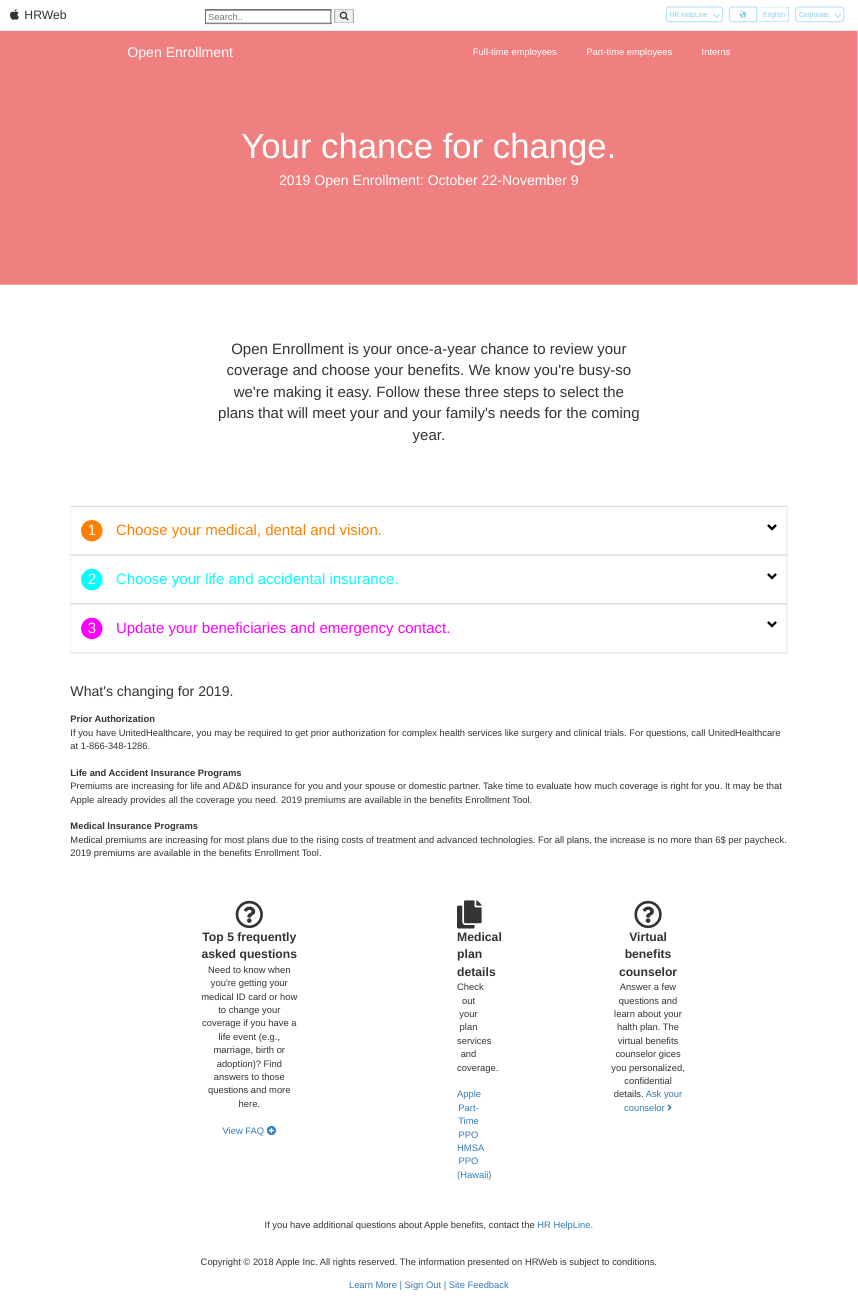
Repository: rmcc0724/templates
Page: index.html
The author's editor kept a record of every edit. The page is drawn from the files as they stood at one moment, then again after the next edit.
The browser window is 1280 px wide. The pictures show the whole page, at 67% of full size.
Some web libraries are served in a nearby version.

Above is the page before.

### index.html
<!DOCTYPE html>
<html lang="en">

<head>
  <meta name="viewport" content="width=device-width, initial-scale=1" <title>
  </title>
  <link rel="stylesheet" href="https://use.fontawesome.com/releases/v5.5.0/css/all.css" integrity="sha384-B4dIYHKNBt8Bc12p+WXckhzcICo0wtJAoU8YZTY5qE0Id1GSseTk6S+L3BlXeVIU" crossorigin="anonymous">
  <link rel="stylesheet" href="https://maxcdn.bootstrapcdn.com/bootstrap/3.3.7/css/bootstrap.min.css">
  <link rel="stylesheet" href="https://cdnjs.cloudflare.com/ajax/libs/font-awesome/4.7.0/css/font-awesome.min.css">
  <script src="https://ajax.googleapis.com/ajax/libs/jquery/3.3.1/jquery.min.js"></script>
  <script src="https://maxcdn.bootstrapcdn.com/bootstrap/3.3.7/js/bootstrap.min.js"></script>
  <script src="https://cdnjs.cloudflare.com/ajax/libs/popper.js/1.14.5/umd/popper.min.js"></script>
  <link rel="stylesheet" href="css/normalize.css">
  <link rel="stylesheet" href="css/style.css">
  <link rel="stylesheet" href="css/responsive.css">
</head>

<body>

  <div id="top-items">
    <p><i class="fab fa-apple fa-x3"></i>HRWeb</p>
    <div class="searchForm example">
      <input type="text" placeholder="Search.." name="search">
      <button type="submit"><i class="fa fa-search"></i></button>
    </div>

    <div class="dropdownItems">
      <div class="dropdown">
        <button class="dropbtn">HR HelpLine<i class="arrow down"></i></button>
        <div id="myDropdown" class="dropdown-content">
          <a href="#hrhelpline">1800-HR</a>
        </div>
      </div>
      <div class="dropdown earth">
        <button class="dropbtn"><i class="fas fa-globe-americas"></i></button>
        <div id="myDropdown" class="dropdown-content">
        </div>
      </div>
      <div class="dropdown">
        <button class="dropbtn eng">English</button>
        <div id="myDropdown" class="dropdown-content">
          <a href="#hrhelpline">English</a>
        </div>
      </div>


      <div class="dropdown">
        <button class="dropbtn">Corporate<i class="arrow down"></i></button>
        <div id="myDropdown" class="dropdown-content">
          <a href="#hrhelpline">Corporate</a>

        </div>
      </div>


    </div>


  </div>

  <header>
    <div class="nav-links">
      <h3>Open Enrollment</h3>
      <nav>
        <ul>
          <li><a href="#">Full-time employees</a></li>
          <li><a href="#">Part-time employees</a></li>
          <li><a href="#">Interns</a></li>
        </ul>
      </nav>
    </div>
    <div class="change">
      <h1 class="text-center">Your chance for change.</h1>
      <h4 class="text-center">2019 Open Enrollment: October 22-November 9</h4>
    </div>


  </header>
  <div class="container">
    <div class="chance">

      <p>Open Enrollment is your once-a-year chance to review your coverage and choose your benefits. We know you're busy-so we're making it easy. Follow these three steps to select the plans that will meet your and your family's needs for the coming year.</p>

      <!----Here I used the bootstrap accordion function -->

      <div class="panel-group" id="accordion">
        <div class="panel panel-default panel_1">
          <div class="panel-heading">
            <h4 class="panel-title">
              <a data-toggle="collapse" data-parent="#accordion" href="#collapse1"><span class="nums num1">1 </span><span>Choose your medical, dental and vision.</span><i class="fas fa-angle-down"></i></a>
            </h4>
          </div>
          <div id="collapse1" class="panel-collapse collapse">
            <div class="panel-body">Medical, dental, and vision info here.</div>
          </div>
        </div>
        <div class="panel panel-default panel_2">
          <div class="panel-heading">
            <h4 class="panel-title">
              <a data-toggle="collapse" data-parent="#accordion" href="#collapse2"><span class="nums num2">2 </span><span>Choose your life and accidental insurance.</span><i class="fas fa-angle-down"></i></a>
            </h4>
          </div>
          <div id="collapse2" class="panel-collapse collapse">
            <div class="panel-body">Life and accidental insurance info here.</div>
          </div>
        </div>
        <div class="panel panel-default panel_3">
          <div class="panel-heading">
            <h4 class="panel-title">
              <a data-toggle="collapse" data-parent="#accordion" href="#collapse3"><span class="nums num3">3 </span><span>Update your beneficiaries and emergency contact.</span><i class="fas fa-angle-down"></i></a>
            </h4>
          </div>
          <div id="collapse3" class="panel-collapse collapse">
            <div class="panel-body">Beneficiaries and emergency contact info here.</div>
          </div>
        </div>
      </div>
    </div>
    <div class="changing">
      <h3>What's changing for 2019.</h3>
      <p><strong>Prior Authorization</strong><br/> If you have UnitedHealthcare, you may be required to get prior authorization for complex health services like surgery and clinical trials. For questions, call UnitedHealthcare at 1-866-348-1286.</p>

      <p><strong>Life and Accident Insurance Programs</strong><br/> Premiums are increasing for life and AD&D insurance for you and your spouse or domestic partner. Take time to evaluate how much coverage is right for you. It may be that Apple already provides
        all the coverage you need. 2019 premiums are available in the benefits Enrollment Tool.</p>

      <p><strong>Medical Insurance Programs</strong><br/> Medical premiums are increasing for most plans due to the rising costs of treatment and advanced technologies. For all plans, the increase is no more than 6$ per paycheck. 2019 premiums are available
        in the benefits Enrollment Tool.
      </p>
    </div>





    <div class="bottom">

      <div class="faq">
        <p><i class="far fa-question-circle fa-3x"></i></p>
        <p class=bottom-title><strong>Top 5 frequently<br />asked questions</strong></p>
          <p>Need to know when you're getting your medical ID card or how to change your coverage if you have a life event (e.g., marriage, birth or adoption)? Find answers to those questions and more here.
          <br/><br/>
          <a href="#">View FAQ <i class="fas fa-plus-circle "></i></a>
        </p>
      </div>
      <div class="faq">
        <p><i class="fas fa-copy fa-3x"></i></p>
        <p class=bottom-title><strong>Medical plan <br/>details</strong></p>
        <p>Check out your plan services and coverage.<br/><br/>
        <a href="#">Apple Part-Time PPO <i class="fas fa-chevron-circle-down"></i></a><br>
        <a href="#">HMSA PPO (Hawaii) <i class="fas fa-chevron-circle-down"></i></a>
        </p>
      </div>

      <div class="faq">
        <p><i class="far fa-question-circle fa-3x"></i></p>
        <p class=bottom-title> <strong>Virtual benefits<br/>counselor</strong></p>
        <p>Answer a few questions and learn about your halth plan. The virtual benefits counselor gices you personalized, confidential details.
          <a href="#">Ask your counselor <i class="fas fa-angle-right"></i></a>
        </p>
      </div>



    </div>



    <footer>
      <p class="text-center questions">If you have additional questions about Apple benefits, contact the <a ref="#">HR HelpLine.</a></p>
      <p>Copyright &#169; 2018 Apple Inc. All rights reserved. The information presented on HRWeb is subject to conditions.</p>
      <ul>
        <li><a href="#">Learn More |</a></li>
        <li><a href="#"> Sign Out |</a></li>
        <li><a href="#"> Site Feedback</a></li>
      </ul>
    </footer>
  </div>
</body>



</html>

### css/style.css
body {
    margin: 0 auto;
}

.container {
    max-width: 1100px;
    padding-top: 50px;
}

/************************************************/

/*    Header:       */

/************************************************/

header {
    background-color: lightcoral;
    padding-top: 10px;
    padding-bottom: 15px;
}

nav ul li {
    display: block;
}


h3 {
    margin: 10px 0 20px;
    font-size: 1.5em;
}

h4 {
    font-size: 1em;
    margin: 1em 0;
}

#top-items,
#top,
ul {
    text-align: center;
}

ul li {
    list-style: none;
}


ul {
    padding-left: 0 !important;
}

h1 {
    font-size: 2.3em;

}


.nav-links h3,
.nav-links nav a {
    /* font-size: 1.3em; */
    color: white;
}

header,
.nav-links nav a {
    color: white;
    margin-top: 15px;
}

#top-items p {
    margin: 15px 0 10px;
    font-size: 20pt;
}




.example input {
    border-style: groove;
}



.changing {
    margin-top: 25px;
}

.dropdown {
    float: right;
    position: relative;
    display: inline-block;
}

.dropdown a:hover {
    background-color: #ddd;
}

.show {
    display: block;
}


.dropdown.earth button {
    margin-right: 0;
    border-bottom-right-radius: 0;
    border-top-right-radius: 0;
    border-right: 0.5px solid;
}

.dropbtn i.fas.fa-globe-americas {
    border: none;
    display: inline-block;
    padding: 0;
    margin-right: 10px;
}

.dropbtn.eng {
    border-bottom-left-radius: 0;
    border-top-left-radius: 0;
    border-left: 0;
}


.example button {
    vertical-align: baseline;
}



.searchForm {
    display: inline;
}


.change h4 {
    margin: 5px 15px;
}

.change h1 {
    margin: 10px 15px;
}

i.fab.fa-apple {
    margin-right: 8px;
}
/************************************************/

/*    Body:       */

/************************************************/

.chance {
    margin: 0 auto;
    margin-top: 15px;
}


.chance p {
    max-width: 700px;
    margin: 0px auto 15px;
}

.dropdown {
    float: initial;
    position: relative;
    display: inline-block;
}


.dropbtn {
    background-color: #fff;
    color: skyblue;
    padding: 5px;
    font-size: 10px;
    border: none;
    cursor: pointer;
    border-style: solid;
    border-radius: 5px;
    border-width: thin;
    margin-top: 15px;
}

.dropbtn:hover,
.dropbtn:focus {
    background-color: #fff;
}



.dropdown-content {
    display: none;
    position: absolute;
    background-color: #f1f1f1;
    min-width: 160px;
    overflow: auto;
    box-shadow: 0px 8px 16px 0px rgba(0, 0, 0, 0.2);
    right: 0;
    z-index: 1;
}

.dropdown-content a {
    color: black;
    padding: 12px 16px;
    text-decoration: none;
    display: block;
}

.dropdown i {
    border: solid skyblue;
    border-width: 0 1px 1px 0;
    display: inline-block;
    padding: 3px;
    margin-left: 10px;
}

.right {
    transform: rotate(-45deg);
    -webkit-transform: rotate(-45deg);
}

.left {
    transform: rotate(135deg);
    -webkit-transform: rotate(135deg);
}

.up {
    transform: rotate(-135deg);
    -webkit-transform: rotate(-135deg);
}

.down {
    transform: rotate(45deg);
    -webkit-transform: rotate(45deg);
}

.bottom {
    display: block;
    margin: 25px 0 35px;
}


.bottom strong {
    font-size: 1.3em;
}


.bottom p,
.text-center.questions {
    margin-bottom: 35px;
    text-align: center;
}


.fas.fa-globe-americas {
    border: solid white;
    border-width: 0 1px 1px 0;
    display: inline-block;
    /* padding: 6px; */
    margin-right: 10px;
}

.container {
    max-width: 1100px;
    padding-top: 0;
}

.panel-title a,
.panel-title a:hover {
    text-decoration: none;
}

.panel-title {
    font-size: .9em;
}

i.fas.fa-chevron-circle-down {
    display: none;
}

.nums {
    margin-right: 5px;
}

/************************************************/

/*    Footer:       */

/************************************************/

footer li {
    display: inline-block;
}

footer p,
header h3 {
    text-align: center;
}


footer {
    margin-top: 0px;
}

### css/responsive.css
/************************************************/

/*    Header:       */

/************************************************/

@media screen and (min-width: 768px) {
    nav ul li {
        display: inline;
    }

    nav ul {
        float: right;
    }

    header {
        margin-top: 0;
        background-color: lightcoral;
        padding-top: 20px;
        padding-bottom: 140px;
    }

    header ul li {
        margin-left: 40px;
    }

    header h3,
    nav {
        display: inline;
    }


    h1 {
        font-size: 2.7em;
    }

    .nav-links {
        max-width: 940px;
        margin: 0 auto;
        padding: 0 20px;
    }

    #top-items {
        text-align: initial;
        padding: 10px 15px;
    }


    #top-items p,
    #top-items .example {
        display: inline-block;
    }

    .change {
        padding-top: 90px;
    }
    .dropdownItems {
        float: right;
    }

    #top-items p {
        margin: 0px;
        font-size: 1.3em;
    }


    .searchForm.example {
        text-align: right;
        width: 30%;
        margin-left: 4%;
        /* margin-bottom: 5px; */
    }

    .nav-links ul {
        margin: 1px 0 0;
    }

    .dropbtn {
        margin-top: 0px;
    }

    /************************************************/
    /*    Body:       */
    /************************************************/
    .dropdown {
        position: relative;
        display: inline-block;
    }

    .bottom p {
        width: 28.33%;
        margin: 0 auto;
    }


    .bottom {
        margin: 40px 0 55px;
        display: -webkit-inline-flex;
    }

    .bottom-desk {

        display: -webkit-inline-flex;
        display: none;
    }

    .bottom-mobile {
        display: -webkit-inline-flex;
    }

    button.dropbtn {
        margin-right: 5px;
    }


    .chance p {
        margin: 0px auto 90px;
        text-align: center;
        font-size: 1.6em;
        max-width: 635px;
    }
    .chance {
        margin: 0 auto;
        margin-top: 80px;
    }

    h4 {
        font-size: 1.5em;
    }

    .changing {
        margin-top: 45px;
    }
    .changing p {
        margin: 0 0 20px;
    }


    .panel-heading {
        padding: 20px 15px;
        border-bottom: 1px solid transparent;
        border-top-left-radius: 3px;
        border-top-right-radius: 3px;
    }

    .panel-default>.panel-heading {
        background-color: #fff;
    }

    .panel-default {
        border-color: #fff;
    }

    .panel {
        margin-bottom: 20px;
        background-color: #c3c3c3;
        border: 1px solid transparent;
        -webkit-box-shadow: 0 1px 1px rgba(0, 0, 0, .05);
        box-shadow: 0 0px 0px rgba(0, 0, 0, .05);
        border-left-color: #fff;
        border-right-color: #fff;
        border-bottom-left-radius: 0 !important;
        border-top-left-radius: 0 !important;
        border-bottom-right-radius: 0 !important;
        border-top-right-radius: 0 !important;
    }
    .panel-title {
        margin-top: 0;
        margin-bottom: 0;
        font-size: 1.6em;
        color: #fff;
    }
    .panel-group .panel-heading+.panel-collapse>.list-group,
    .panel-group .panel-heading+.panel-collapse>.panel-body {
        border-top: 0px solid #ddd;
    }


    .panel-default>.panel-heading {
        color: #333;
        border-color: #ddd;
        border-bottom-left-radius: 0 !important;
        border-top-left-radius: 0 !important;
        border-bottom-right-radius: 0 !important;
        border-top-right-radius: 0 !important;
    }

    .panel-group .panel+.panel {
        margin-top: -1px;
    }

    .panel-collapse {
        background-color: #fff;
    }
    .nums {
        height: 32px;
        width: 32px;
        border-radius: 50%;
        display: inline-block;
        padding-left: 10px;
        padding-top: 3.5px;
        color: #fff;
        margin-right: 20px;
    }

    .num1 {
        background-color: #ff8000;
    }

    .num2 {
        background-color: #00ffff;
    }

    .num3 {
        background-color: #ff00ff;
    }

    .panel_1 h4 {
        color: #ff8000;
    }

    .panel_2 h4 {
        color: #00ffff;
    }

    .panel_3 h4 {
        color: #ff00ff;
    }

    #accordion i.fas.fa-chevron-circle-down {
        display: inline;
        float: right;
    }

    i.fas.fa-angle-down {
        float: right;
        color: #000;
    }

    i.fas.fa-angle-down {
        display: -webkit-inline-box;
    }

}

@media screen and (min-width: 950px) {
    h1 {
        font-size: 3.7em;
    }
}

Loaded but not shown: css/normalize.css (library)

After the next edit:
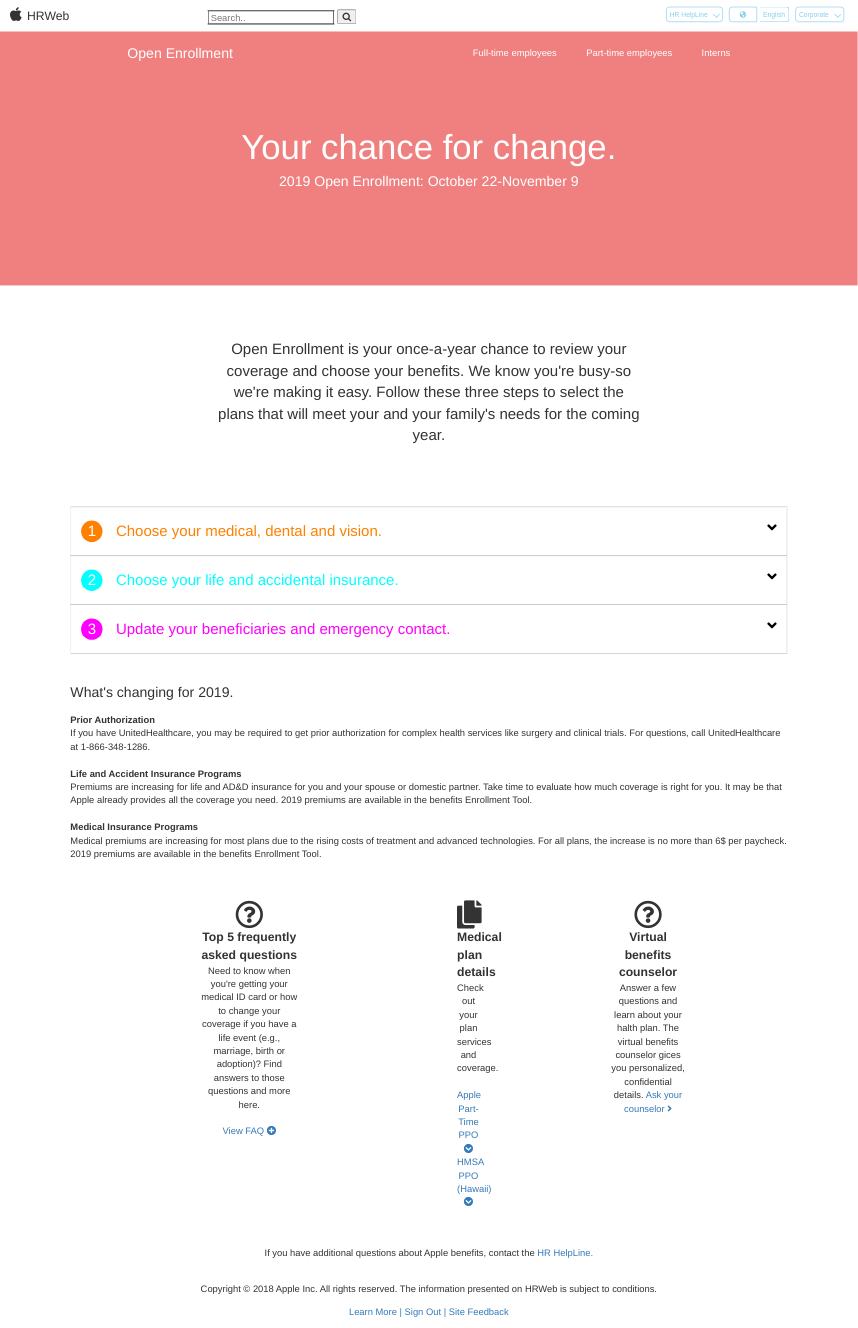
The edit:
--- a/css/style.css
+++ b/css/style.css
@@ -3,7 +3,7 @@
 }
 
 .container {
-    max-width: 1100px;
+    max-width: 700px;
     padding-top: 50px;
 }
 
@@ -142,6 +142,7 @@
 
 i.fab.fa-apple {
     margin-right: 8px;
+    font-size: 1.3em;
 }
 /************************************************/
 
@@ -273,7 +274,8 @@
     font-size: .9em;
 }
 
-i.fas.fa-chevron-circle-down {
+
+#accordion i.fas.fa-chevron-circle-down {
     display: none;
 }
 
